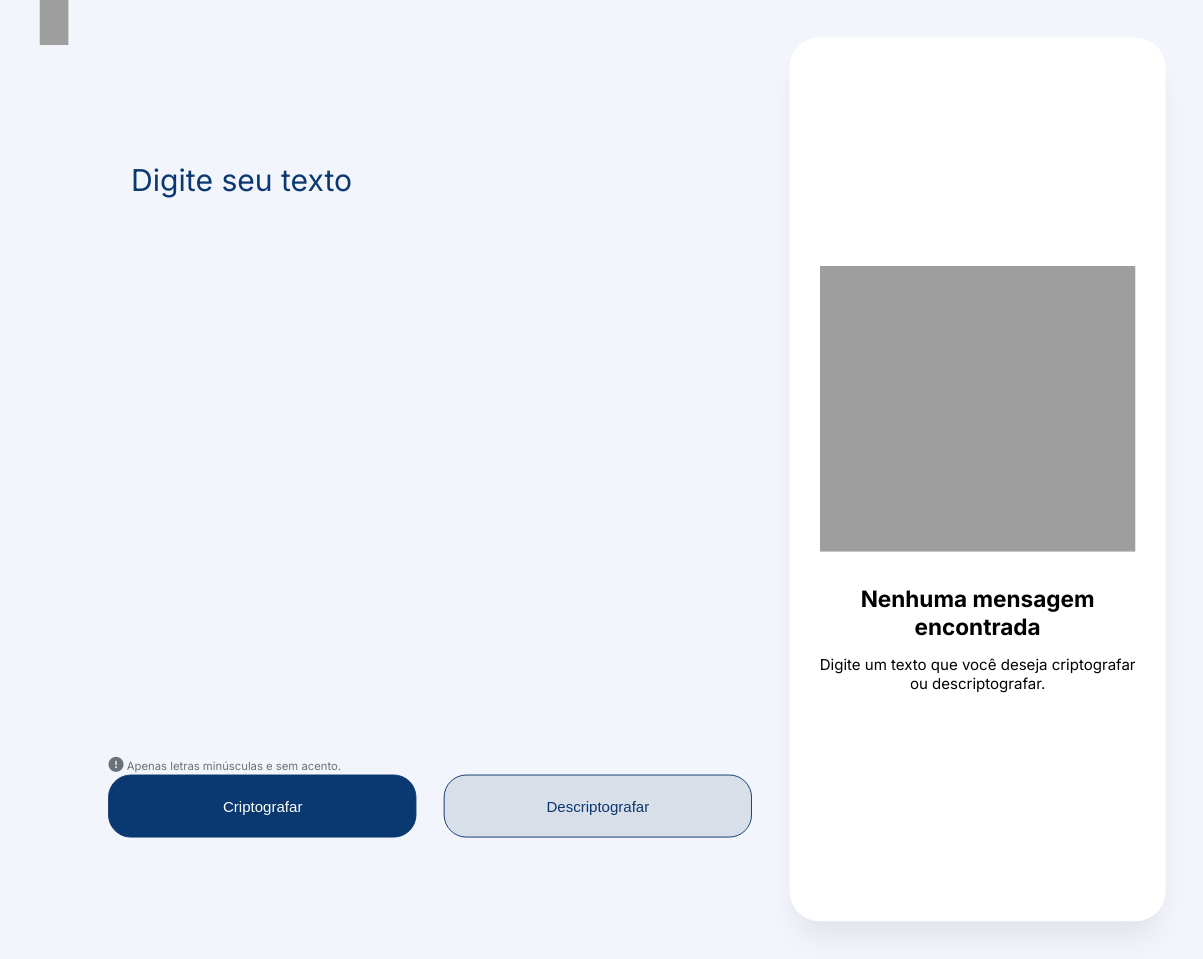
Repository: CarlosEduardoVdeOliveira/descodificador-de-texto
Page: index.html
These files come from the project's save history. The page is drawn as it stood at one moment and after the next save; the edit follows.
The browser window is 1280 px wide. The pictures show the whole page, at 94% of full size.
Pictures or frames that could not be fetched are drawn as grey boxes.

Above is the page before, as saved 2023-04-13 09:02:17.

After the next save:
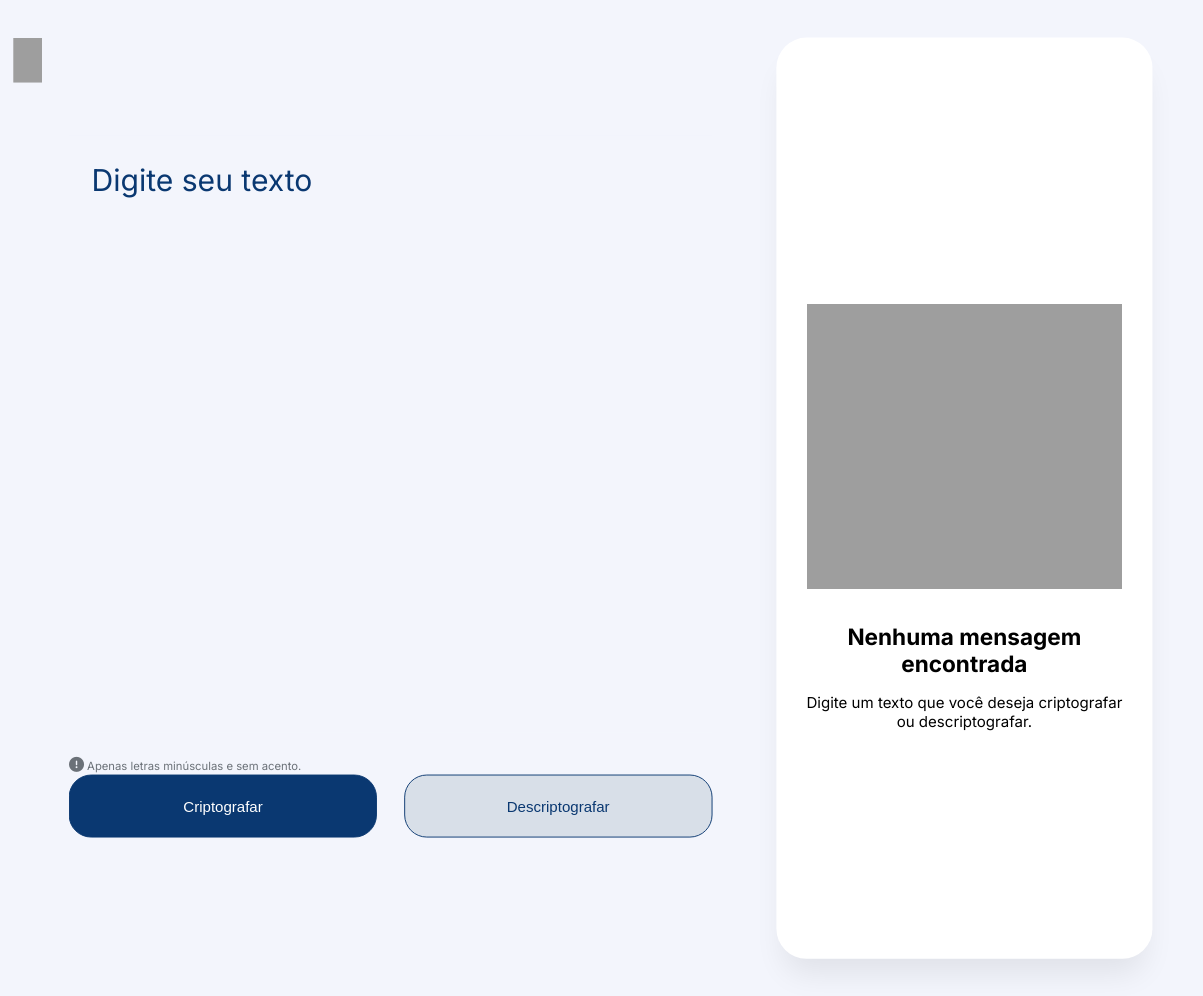
Saved 21 s later.
--- a/public/styles/index.css
+++ b/public/styles/index.css
@@ -8,7 +8,7 @@ body{
 img{
    width: 1.943rem;
    height: 3rem;
-   margin: 0 auto;
+   margin-top: 2.5rem;
 }
 main {
    display: flex;
